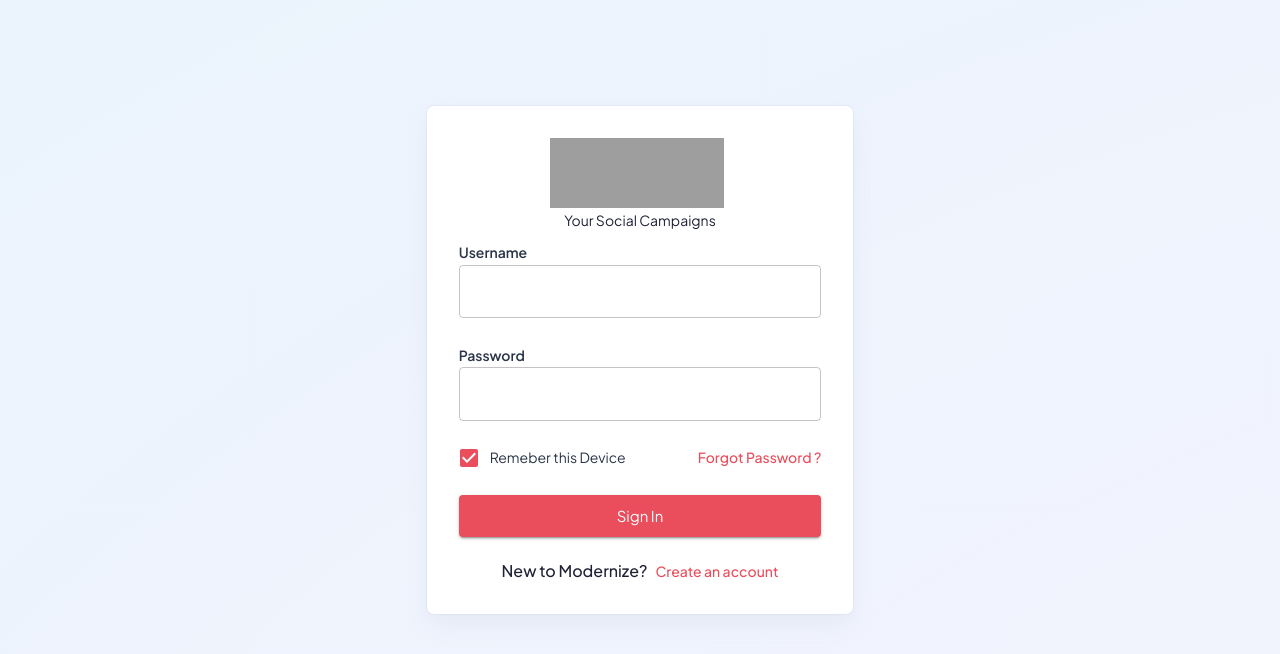
Repository: NoteDevil/adminpanel.dragon-games.com
Page: /authentication/login
An editor plug-in stored every save of this project. The page is shown before and after the next save, followed by the edit.
The browser window is 1280 px wide. The pictures show the whole page.
Pictures or frames that could not be fetched are drawn as grey boxes. The project was rebuilt for these pictures with package versions that can differ from the ones it lists, and the page was loaded fresh each time. The framework's server and built-in components were replaced by stand-ins that run in the browser. Also part of the build but not shown: next.config.js.

Above is the page before, as saved 2024-09-12 21:19:25.

After the next save:
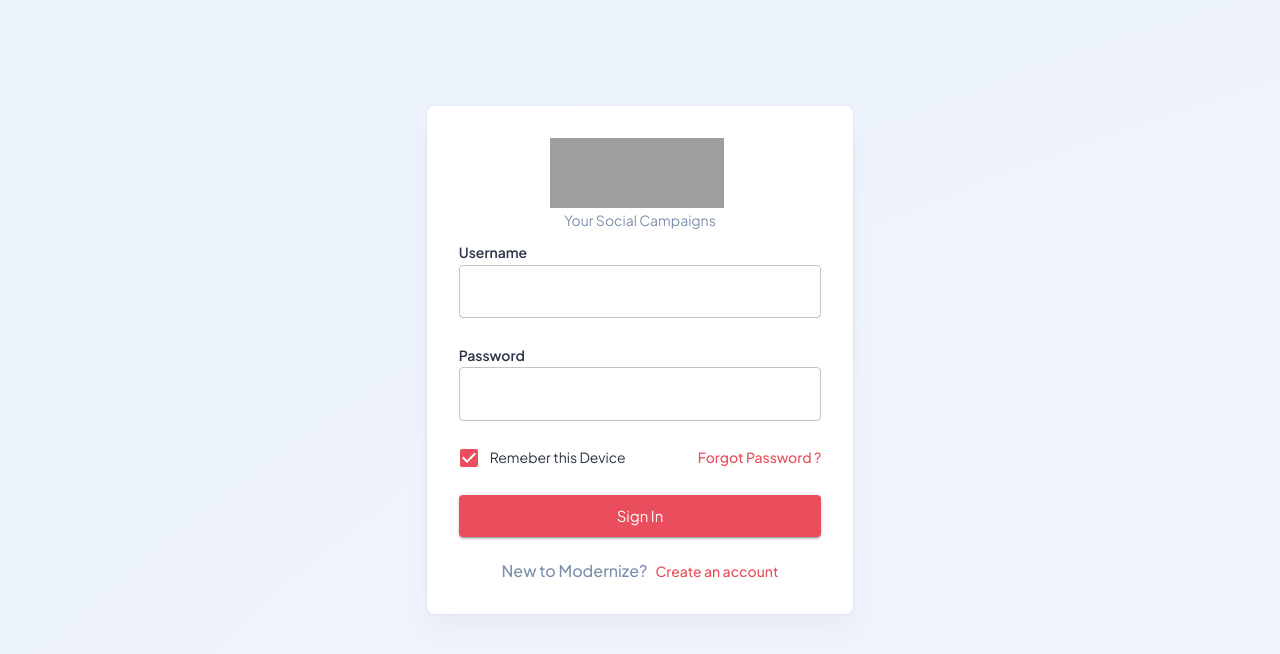
Saved 73 s later.
--- a/src/utils/theme/DefaultColors.tsx
+++ b/src/utils/theme/DefaultColors.tsx
@@ -55,7 +55,7 @@ const baselightTheme = createTheme({
     },
     text: {
       primary: "#2A3547",
-      secondary: "#1F2235",
+      secondary: "#7C8FAC",
     },
     action: {
       disabledBackground: "rgba(73,82,88,0.12)",
